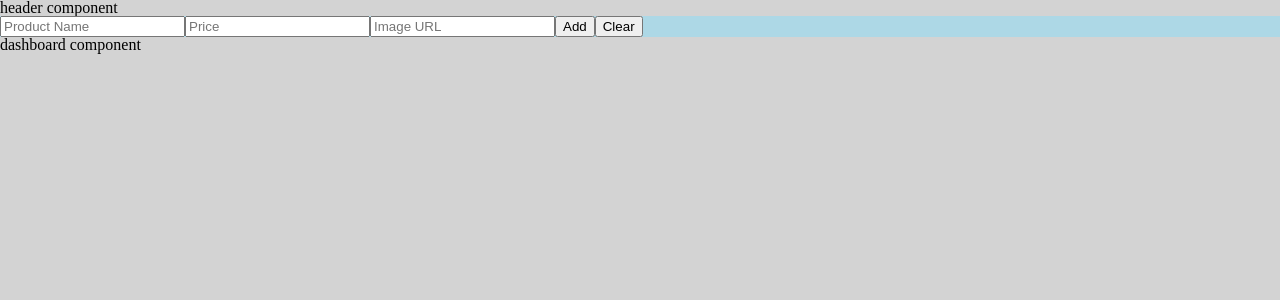
Repository: ooter37/shelfie
Page: /
An editor plug-in stored every save of this project. The page is shown before and after the next save, followed by the edit.
The browser window is 1280 px wide. The pictures show the whole page.
The page's requests for data from a server got no answer. The project was rebuilt for these pictures with package versions that can differ from the ones it lists, and the page was loaded fresh each time. No one was signed in, and anything a server would have sent is missing. Also part of the build but not shown: src/Components/Product/Product.js.

Above is the page before, as saved 2020-04-03 14:27:51.

After the next save:
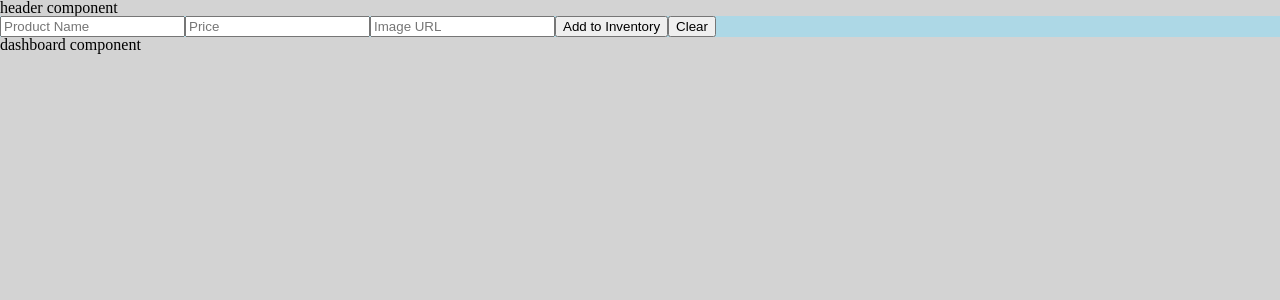
Saved 3 min 8 s later.
--- a/src/Components/Form/Form.js
+++ b/src/Components/Form/Form.js
@@ -76,7 +76,7 @@ export default class Form extends React.Component {
                 ></input>
                 <button
                     onClick={this.addProduct}
-                >Add</button>
+                >Add to Inventory</button>
                 <button
                     onClick={this.resetButton}
                 >Clear</button>
